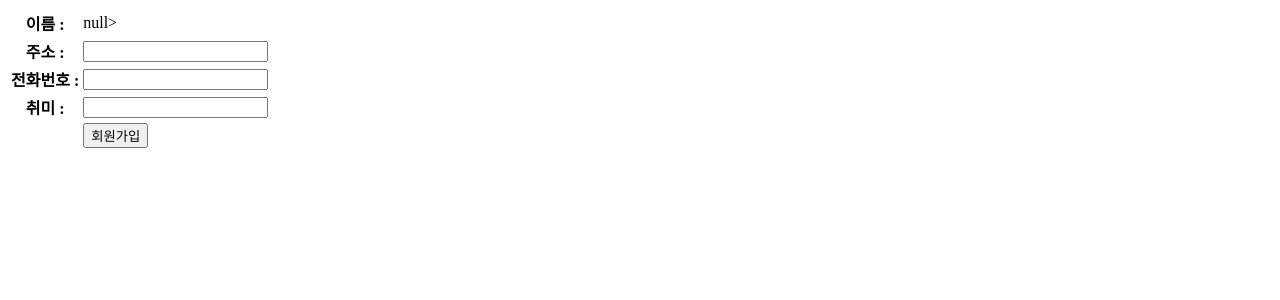
Repository: nameisris/jsp_workspace
Page: http://localhost/JspProject/memRegSuccess.jsp
The author's editor kept a copy of each file at every save. The page is drawn from the files as they stood at one save, then again after the next save.
The browser window is 1280 px wide. The pictures show the whole page.
The page is served by Tomcat 9. Other server files are loaded and not shown.

Above is the page before, as saved 2023-09-19 05:30:52.

### JspProject/src/main/webapp/memRegSuccess.jsp
<%@ page language="java" contentType="text/html; charset=UTF-8"
    pageEncoding="UTF-8"%>
<!DOCTYPE html>
<html>
<head>
<meta charset="UTF-8">
<title>Insert title here</title>
</head>
<body>
	<table>
		<tr><th>이름 : </th><td><%=request.getParameter("name") %>></td></tr>
		<tr><th>주소 : </th><td><input type="text" name="address"/></td></tr>
		<tr><th>전화번호 : </th><td><input type="text" name="tel"/></td></tr>
		<tr><th>취미 : </th><td><input type="text" name="hobby"/></td></tr>
		<tr><td></td><td><input type="submit" value="회원가입"/></td></tr>
	</table>
</body>
</html>

After the next save:
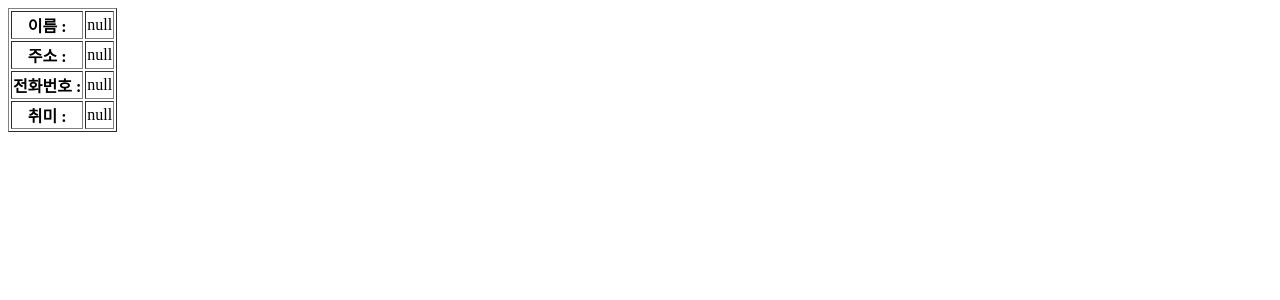
Saved 62 s later.
--- a/JspProject/src/main/webapp/memRegSuccess.jsp
+++ b/JspProject/src/main/webapp/memRegSuccess.jsp
@@ -7,12 +7,13 @@
 <title>Insert title here</title>
 </head>
 <body>
-	<table>
-		<tr><th>이름 : </th><td><%=request.getParameter("name") %>></td></tr>
-		<tr><th>주소 : </th><td><input type="text" name="address"/></td></tr>
-		<tr><th>전화번호 : </th><td><input type="text" name="tel"/></td></tr>
-		<tr><th>취미 : </th><td><input type="text" name="hobby"/></td></tr>
-		<tr><td></td><td><input type="submit" value="회원가입"/></td></tr>
+<div>
+	<table border="1">
+		<tr><th>이름 : </th><td><%=request.getParameter("name") %></td></tr>
+		<tr><th>주소 : </th><td><%=request.getParameter("address") %></td></tr>
+		<tr><th>전화번호 : </th><td><%=request.getParameter("tel") %></td></tr>
+		<tr><th>취미 : </th><td><%=request.getParameter("hobby") %></td></tr>
 	</table>
+</div>
 </body>
 </html>
